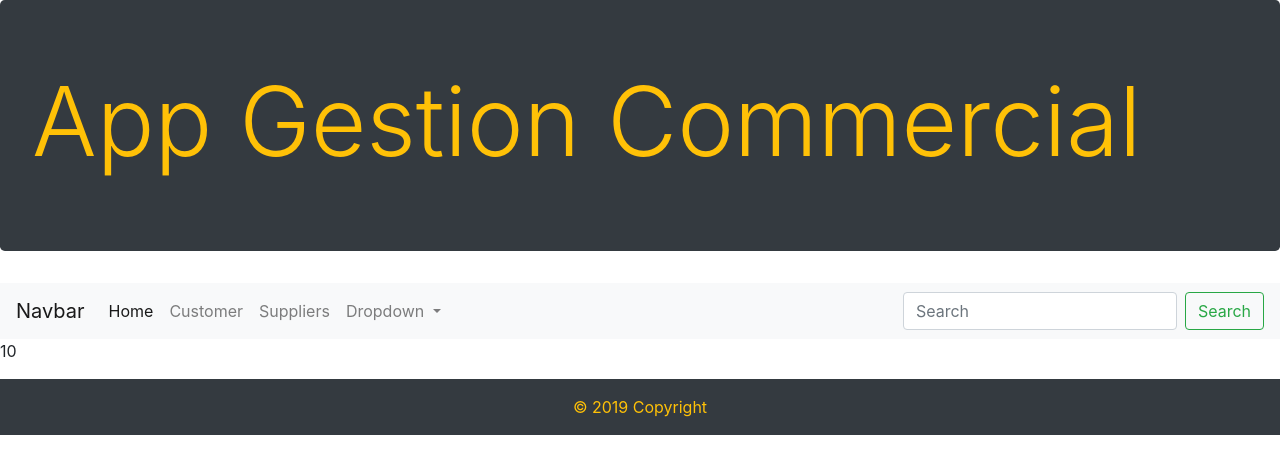
Repository: GiacomoBCN/Angular-pr
Page: /customer/10 (app in gest-comercial/)
An editor plug-in stored every save of this project. The page is shown before and after a run of saves, followed by the edit.
The browser window is 1280 px wide. The pictures show the whole page.
The project was rebuilt for these pictures with package versions that can differ from the ones it lists, and the page was loaded fresh each time. Also part of the build but not shown: gest-comercial/angular.json, gest-comercial/src/app/commons/not-found/not-found.component.ts, gest-comercial/src/app/commons/home/home.component.ts, gest-comercial/src/app/customer/customer-list/customer-list.component.ts, gest-comercial/src/app/shared/data/data.ts, gest-comercial/src/app/suppliers/suppliers-list/suppliers-list.component.ts, gest-comercial/src/app/suppliers/suppliers-request/suppliers-request.component.ts, gest-comercial/src/app/billing/form-suppliers/form-suppliers.component.ts and 1 more.

Above is the page before, as saved 2019-07-02 13:18:00.

After the next 3 saves:
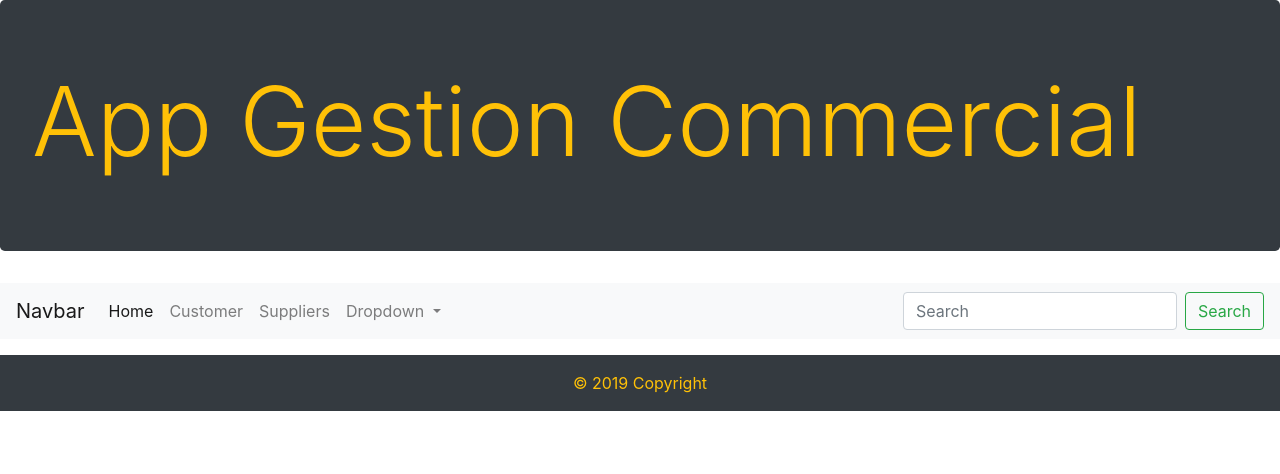
The 3 saves are shown as one change because they came seconds apart.
The last was saved 3 min 26 s later.
--- a/gest-comercial/src/app/customer/customer-data/customer-data.component.html
+++ b/gest-comercial/src/app/customer/customer-data/customer-data.component.html
@@ -1,4 +1,4 @@
-<p>{{identifier}}</p>
+<p>{{identifier.name}}</p>
 
 <div class=" ">
 

After the 2 saves that followed:
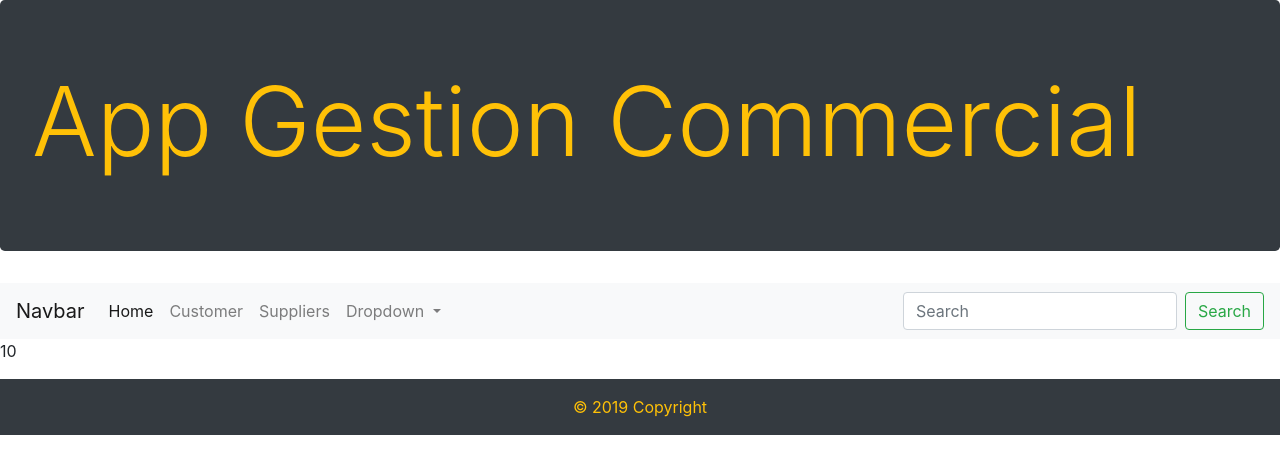
The 2 saves are shown as one change because they came seconds apart.
The last was saved 9 s later.
--- a/gest-comercial/src/app/customer/customer-data/customer-data.component.html
+++ b/gest-comercial/src/app/customer/customer-data/customer-data.component.html
@@ -1,4 +1,4 @@
-<p>{{identifier.name}}</p>
+<p>{{identifier}}</p>
 
 <div class=" ">
 
